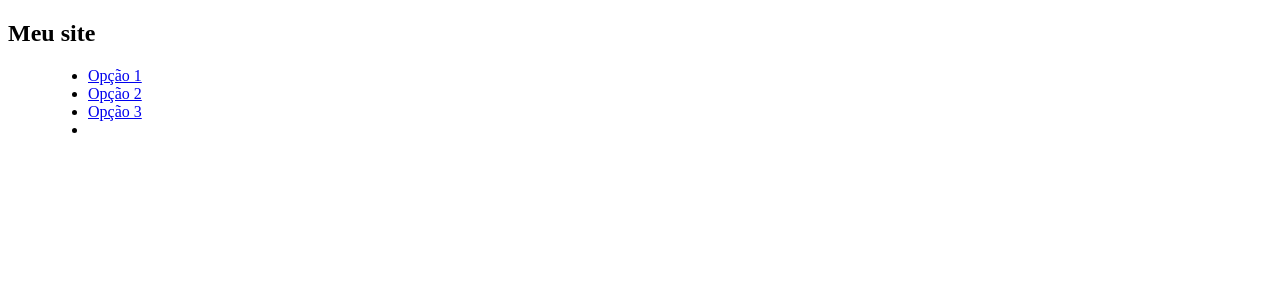
Repository: Sandro1969-tech/menu-hamburger
Page: index.html
The author's editor kept a copy of each file at every save. The page is drawn from the files as they stood at one save, then again after a run of saves.
The browser window is 1280 px wide. The pictures show the whole page.

Above is the page before, as saved 2025-12-25 17:45:09.

After the next 6 saves:
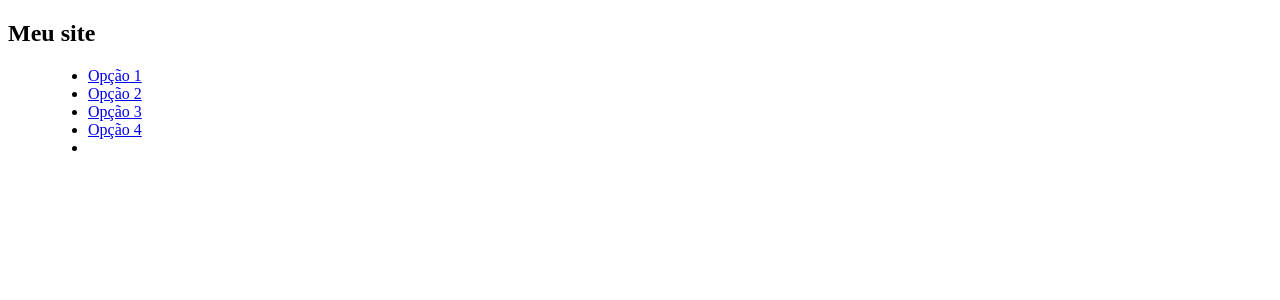
The 6 saves are shown as one change because they came seconds apart.
The last was saved 15 s later.
--- a/index.html
+++ b/index.html
@@ -15,7 +15,8 @@
                     <li><a href="#">Opção 1</a></li>
                     <li><a href="#">Opção 2</a></li>
                     <li><a href="#">Opção 3</a></li>
-                    <li
+                    <li><a href="#">Opção 4</a></li>
+                    <li></li>
                 </ul>
             </menu>
         </article>
